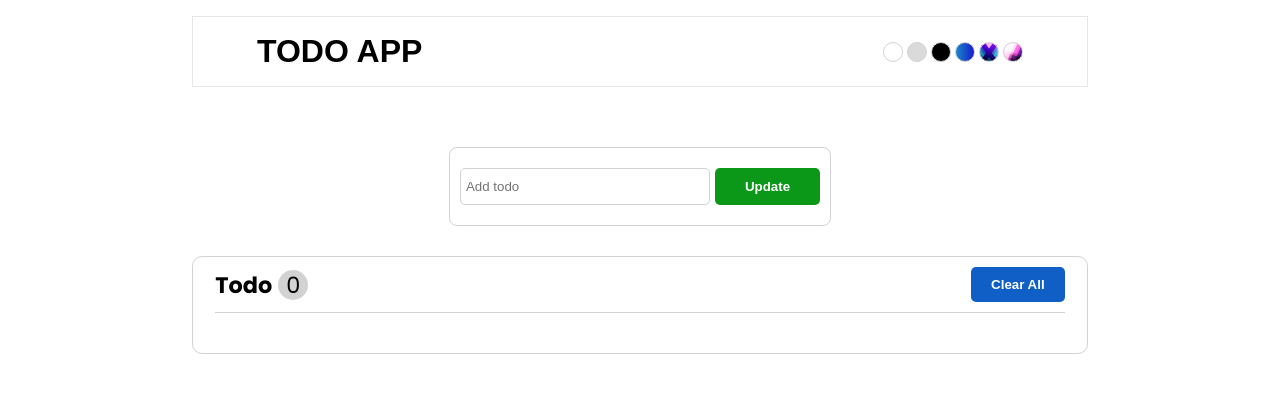
Repository: michalmilek/TodoApp
Page: /
An editor plug-in stored every save of this project. The page is shown before and after the next save, followed by the edit.
The browser window is 1280 px wide. The pictures show the whole page.
Some web fonts or font styles are not loaded; a fallback is used. The project was rebuilt for these pictures with package versions that can differ from the ones it lists, and the page was loaded fresh each time. Also part of the build but not shown: vite.config.js.

Above is the page before, as saved 2023-02-01 14:56:43.

### src/App.jsx
import { useState } from "react";
import "./App.css";
import AddTodo from "./components/AddTodo";
import Header from "./components/Header";
import ShowTodo from "./components/ShowTodo";

function App() {
  const [todolist, setTodolist] = useState([]);
  const [todo, setTodo] = useState({});
  return (
    <div className="App">
      <Header />
      <AddTodo
        todolist={todolist}
        setTodolist={setTodolist}
        todo={todo}
        setTodo={setTodo}
      />
      <ShowTodo
        todolist={todolist}
        setTodolist={setTodolist}
        todo={todo}
        setTodo={setTodo}
      />
    </div>
  );
}

export default App;

### src/index.css
@import url(https://fonts.googleapis.com/css?family=Poppins:100,100italic,200,200italic,300,300italic,regular,italic,500,500italic,600,600italic,700,700italic,800,800italic,900,900italic);
@import url(https://fonts.googleapis.com/css?family=Texturina:100,200,300,regular,500,600,700,800,900,100italic,200italic,300italic,italic,500italic,600italic,700italic,800italic,900italic);

*{
  box-sizing: border-box;
  margin: 0;
  padding: 0;
}

body{
  display: flex;
  flex-direction: column;
  align-items: center;
  justify-content: center;
  font-family: 'Poppins', sans-serif;
}

### src/App.css
header{
  display: flex;
  justify-content: space-between;
  align-items: center;
  width: 70vw;
  margin-top: 1rem;
  padding: 1rem 4rem;
  border: 1px solid rgb(230, 230, 230);
}

  .logo{
    font-family: 'Texturina', sans-serif;
  }

  .themeSelector{
    display: flex;
    gap: 4px;
  }

  .light{
  height: 20px;
  width: 20px;
  background-color: rgb(255, 255, 255);
  border: 1px solid rgb(211, 210, 210);;
  border-radius: 50%;
  display: inline-block;
  }

  .medium{
      height: 20px;
  width: 20px;
  background-color: rgb(218, 218, 218);
  border: 1px solid rgb(211, 210, 210);;
  border-radius: 50%;
  display: inline-block;
  }

  .dark{

      height: 20px;
  width: 20px;
  background-color: rgb(0, 0, 0);
  border: 1px solid rgb(211, 210, 210);
  border-radius: 50%;
  display: inline-block;
  }

  .g1{
    height: 20px;
  width: 20px;
  background: linear-gradient(90deg, #1888c9, #181bc9);;
  border: 1px solid rgb(211, 210, 210);
  border-radius: 50%;
  display: inline-block;
  }

  .g2{
    background: linear-gradient(235deg, #FFFFFF 0%, #000F25 100%), linear-gradient(180deg, #6100FF 0%, #000000 100%), linear-gradient(235deg, #FFA3AC 0%, #FFA3AC 40%, #00043C calc(40% + 1px), #00043C 60%, #005D6C calc(60% + 1px), #005D6C 70%, #00C9B1 calc(70% + 1px), #00C9B1 100%), linear-gradient(125deg, #FFA3AC 0%, #FFA3AC 40%, #00043C calc(40% + 1px), #00043C 60%, #005D6C calc(60% + 1px), #005D6C 70%, #00C9B1 calc(70% + 1px), #00C9B1 100%);
  background-blend-mode: soft-light, screen, darken, normal;
height: 20px;
  width: 20px;
  border: 1px solid rgb(211, 210, 210);
  border-radius: 50%;
  display: inline-block;
}

.g3{
  background: linear-gradient(125deg, #FFFFFF 0%, #000000 100%), linear-gradient(200deg, #FFD9E8 0%, #FFD9E8 50%, #DE95BA calc(50% + 1px), #DE95BA 60%, #7F4A88 calc(60% + 1px), #7F4A88 75%, #4A266A calc(75% + 1px), #4A266A 100%), linear-gradient(113deg, #FFD9E8 0%, #FFD9E8 40%, #DE95BA calc(40% + 1px), #DE95BA 50%, #7F4A88 calc(50% + 1px), #7F4A88 70%, #4A266A calc(70% + 1px), #4A266A 100%);
  background-blend-mode: overlay, overlay, normal;
  height: 20px;
  width: 20px;
  border: 1px solid rgb(211, 210, 210);
  border-radius: 50%;
  display: inline-block;
}


.addTodo {
  margin-top: 60px;
  display: flex;
  justify-content: center;
  align-items: center;
}

.addTodo form{
  padding: 20px 10px;
  background: rgb(255, 255, 255);
  border: 1px solid rgb(211, 210, 210);
  display: flex;
  gap: 5px;
  border-radius: 8px;
}

.addTodo form input{
  padding: 10px 5px;
  max-width: 350px;
  min-width: 250px;
  border: 1px solid rgb(211, 210, 210);
  outline: none;
  border-radius: 5px;
}

.addTodo form button{
  background: rgb(11, 151, 23);
  border: none;
  padding: 0 30px;
  border-radius: 5px;
  color: #fff;
  font-weight: bold;
  cursor: pointer;
}



.showTodo{
  margin-top: 30px;
  display: flex;
  flex-direction: column;
  justify-content: center;
  align-items: center;
  border-radius: 10px;
  border: 1px solid rgb(211, 210, 210);
}

.head{
  display: flex;
  width: 95%;
  padding: 10px 0px;
  justify-content: space-between;
  border-bottom: 1px solid rgb(211, 210, 210);
}

.head_Todo{
  display: flex;
  gap: 6px;
  justify-content: center;
  align-items: center;
}


.title{
  font-weight: bold;
  font-size: 1.4rem;
}

.count{
  display: flex;
  justify-content: center;
  align-items: center;
  border-radius: 50%;
  height: 30px;
  width: 30px;
  font-size: 1.4rem;
  background: rgb(211, 210, 210);
}

.clearAll{
    background: rgb(15, 95, 199);
  border: none;
  padding: 10px 20px;
  border-radius: 5px;
  color: #fff;
  font-weight: bold;
  cursor: pointer;
}

ul{
  padding: 20px 0;
  display: flex;
  width: 90%;
  list-style-type: none;
  justify-items: start;
  gap: 20px;
}

ul li{
  display: flex;
  gap: 35px;
  padding: 10px 10px;
  border-radius: 4px;
  border: 1px solid rgb(211, 210, 210);
  border-left: 5px solid rgb(15, 95, 199);
}

ul li p{
  display: flex;
  gap: 10px;
  flex-direction: column;
}

ul li p .titleTodo{
  font-weight: bold;
  font-size: 1.3rem;

}

ul li p .timeTodo{
  font-style: italic;
  color: rgb(131, 131, 131);

}


.icons svg{
height: 24px;
width: 24px;
}

.icons .pen{
  color: rgb(0, 81, 255);
}

.icons .trash{
  color: red;
}

### src/components/AddTodo.jsx
import React from "react";

const AddTodo = ({ todolist, setTodolist, todo, setTodo }) => {
  const handleSubmit = (e) => {
    e.preventDefault();
    console.log(e.target.todo.value);
    const date = new Date();
    const newTask = {
      id: date.getTime(),
      name: e.target.todo.value,
      time: `${date.toLocaleTimeString()} ${date.toLocaleDateString()}`,
    };
    setTodolist([...todolist, newTask]);
  };
  return (
    <section className="addTodo">
      <form onSubmit={handleSubmit}>
        <input
          type="text"
          name="todo"
          value={todo.name}
          autoComplete="off"
          placeholder="Add todo"
          maxLength="25"
        />
        <button type="submit">{todo ? "Update" : "Add"}</button>
      </form>
    </section>
  );
};

export default AddTodo;

### src/components/Header.jsx
import React from "react";

const Header = () => {
  return (
    <header>
      <div className="logo">
        <h1>TODO APP</h1>
      </div>
      <div className="themeSelector">
        <span className="light"></span>
        <span className="medium"></span>
        <span className="dark"></span>
        <span className="g1"></span>
        <span className="g2"></span>
        <span className="g3"></span>
      </div>
    </header>
  );
};

export default Header;

### src/components/ShowTodo.jsx
import React from "react";
import { Icon } from "@iconify/react";

const ShowTodo = ({ todolist, setTodolist, todo, setTodo }) => {
  const todos = [
    { id: 10001, name: "Task A", time: "2:09:01 AM 9/14/2030" },
    { id: 10002, name: "Task A", time: "2:09:01 AM 9/14/2030" },
    { id: 10003, name: "Task A", time: "2:09:01 AM 9/14/2030" },
  ];

  const handleEdit = (id) => {
    const selectedTodo = todolist.find((item) => item.id === id);
    console.log(selectedTodo);
    setTodo(selectedTodo);
  };

  const handleDelete = (id) => {
    const updatedTodoList = todolist.filter((item) => item.id !== id);
    setTodolist(updatedTodoList);
  };
  return (
    <div className="showTodo">
      <div className="head">
        <div className="head_Todo">
          <span className="title">Todo</span>
          <span className="count">{todolist.length}</span>
        </div>
        <button
          onClick={() => setTodolist([])}
          className="clearAll">
          Clear All
        </button>
      </div>
      <ul>
        {todolist.map((todo) => (
          <li key={todo.id}>
            <p>
              <span className="titleTodo">{todo.name}</span>
              <span className="timeTodo">{todo.time}</span>
            </p>
            <div className="icons">
              <Icon
                onClick={() => handleEdit(todo.id)}
                className="pen"
                icon="material-symbols:edit"
              />
              <Icon
                onClick={() => handleDelete(todo.id)}
                className="trash"
                icon="mdi:trash"
              />
            </div>
          </li>
        ))}
      </ul>
    </div>
  );
};

export default ShowTodo;

Loaded but not shown: index.html (common file); src/main.jsx (common file)

After the next save:
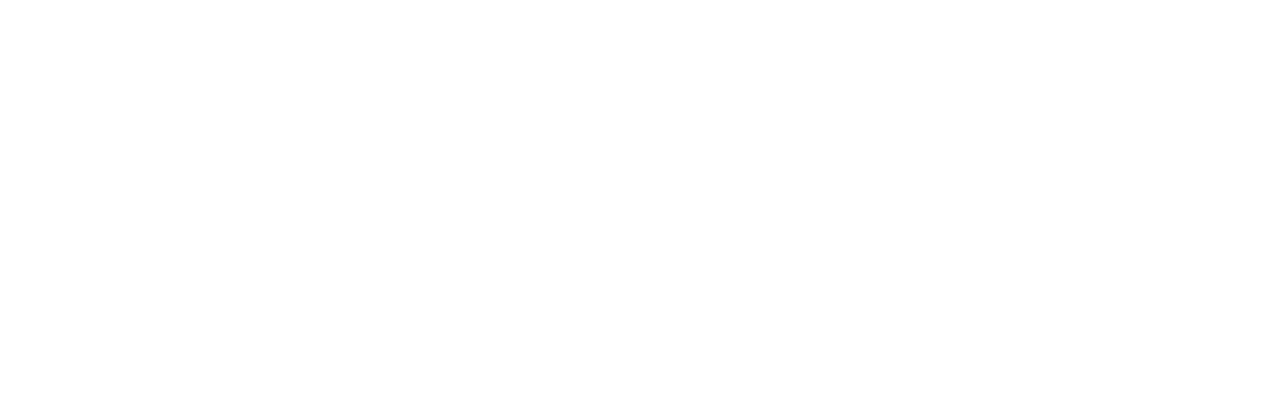
Console error: TypeError: Cannot read properties of undefined (reading 'name')
Saved 23 s later.
--- a/src/App.jsx
+++ b/src/App.jsx
@@ -6,7 +6,7 @@
 
 function App() {
   const [todolist, setTodolist] = useState([]);
-  const [todo, setTodo] = useState({});
+  const [todo, setTodo] = useState();
   return (
     <div className="App">
       <Header />

After the save that followed:
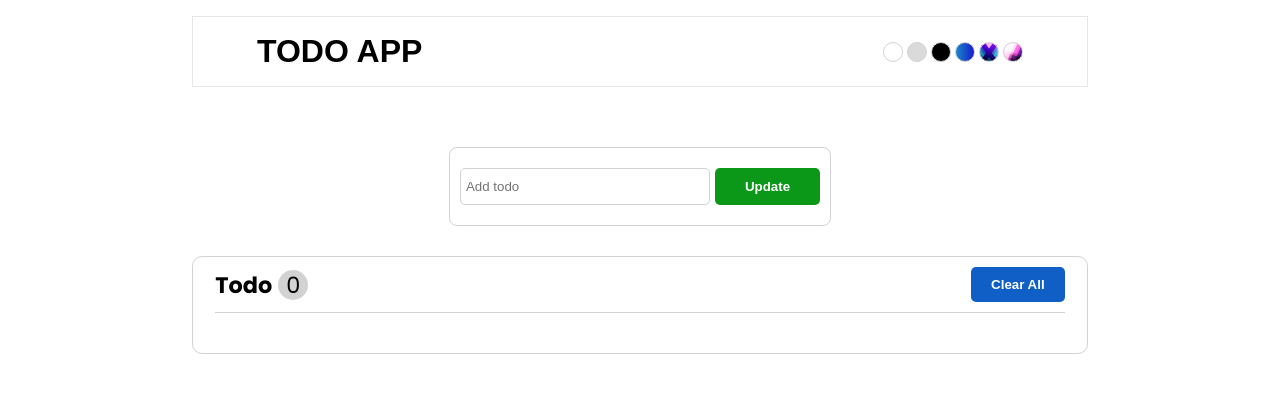
The error is gone.
Saved 6 s later.
--- a/src/App.jsx
+++ b/src/App.jsx
@@ -6,7 +6,7 @@
 
 function App() {
   const [todolist, setTodolist] = useState([]);
-  const [todo, setTodo] = useState();
+  const [todo, setTodo] = useState({});
   return (
     <div className="App">
       <Header />
